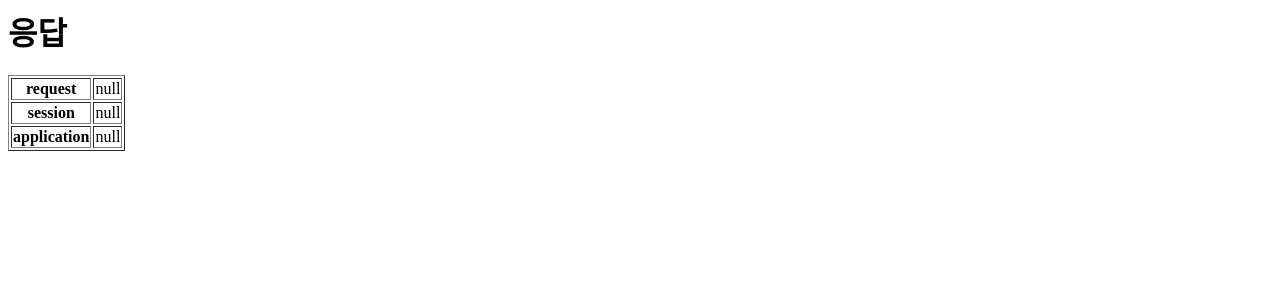
Repository: jmjnssss/CodingTest
Page: http://localhost/Jsp06_Scope/scope.do
An editor plug-in stored every save of this project. The page is shown before and after the next save, followed by the edit.
The browser window is 1280 px wide. The pictures show the whole page.
The page is served by Tomcat 9.

Above is the page before, as saved 2021-02-23 22:57:15.

After the next save:
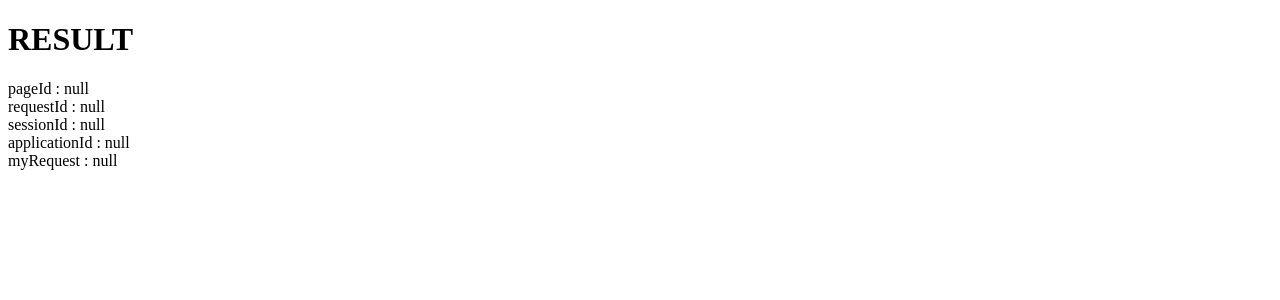
Saved 58 min 10 s later.
--- a/Jsp06_Scope/src/com/scope/controller/ScopeController.java
+++ b/Jsp06_Scope/src/com/scope/controller/ScopeController.java
@@ -57,7 +57,7 @@
 
 
 		RequestDispatcher dispatch = request.getRequestDispatcher("result.jsp");
-		//dispatch.forward(request, response);
+		dispatch.forward(request, response);
 
 
 

After the save that followed:
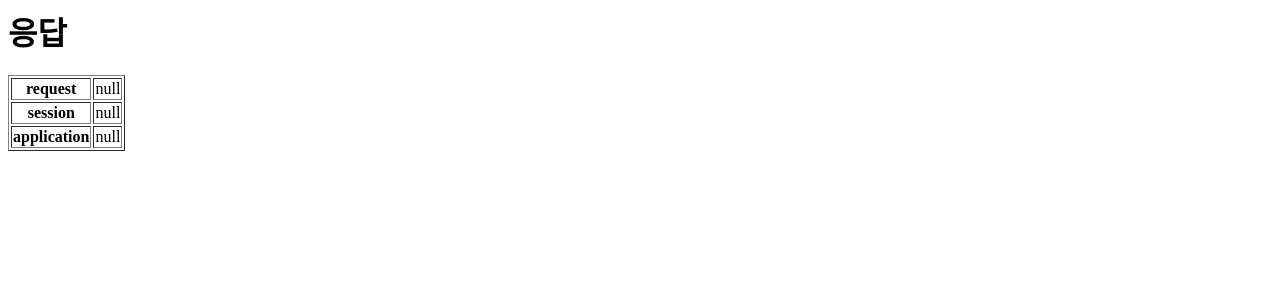
Saved 13 s later.
--- a/Jsp06_Scope/src/com/scope/controller/ScopeController.java
+++ b/Jsp06_Scope/src/com/scope/controller/ScopeController.java
@@ -57,7 +57,7 @@
 
 
 		RequestDispatcher dispatch = request.getRequestDispatcher("result.jsp");
-		dispatch.forward(request, response);
+		//dispatch.forward(request, response);
 
 
 
